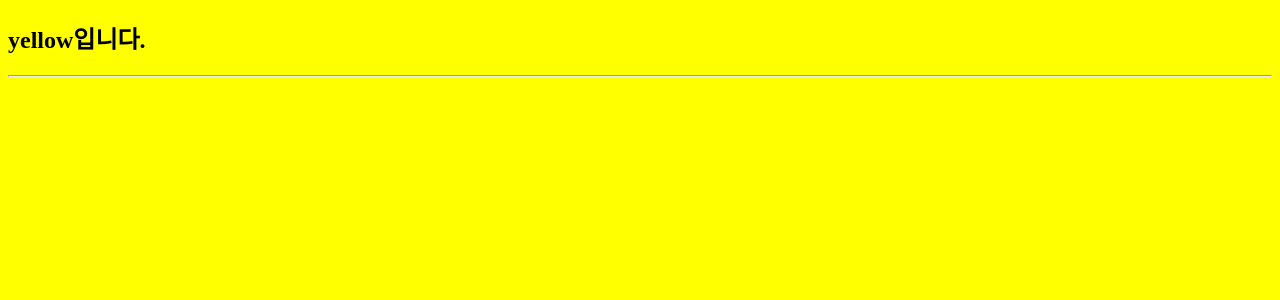
Repository: Jin0207/jsp
Page: http://localhost/day1213/red.jsp
These files come from the project's save history. The page is drawn as it stood at one moment and after the next save; the edit follows.
The browser window is 1280 px wide. The pictures show the whole page.
The page is served by Tomcat 9.

Above is the page before, as saved 2021-12-13 03:23:51.

After the next save:
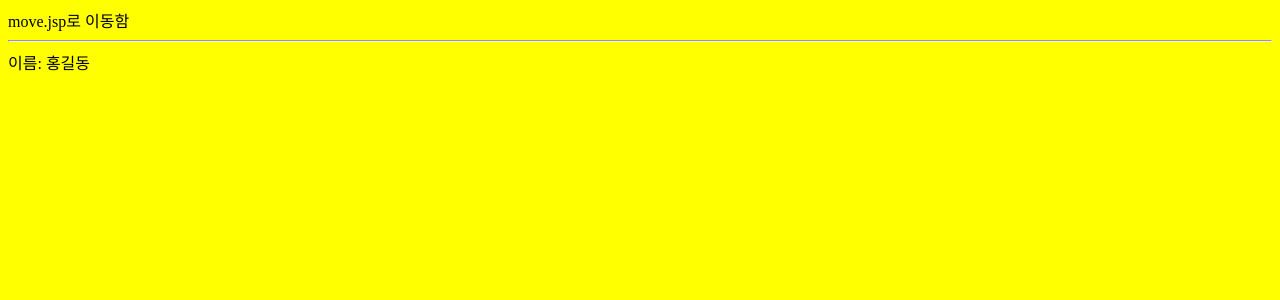
Saved 40 s later.
--- a/day1213/src/main/webapp/move.jsp
+++ b/day1213/src/main/webapp/move.jsp
@@ -7,7 +7,8 @@
 <title>Insert title here</title>
 </head>
 <body bgcolor="yellow">
-	<h2>yellow입니다.</h2>
+	move.jsp로 이동함
 	<hr>
+	이름: 홍길동
 </body>
 </html>
